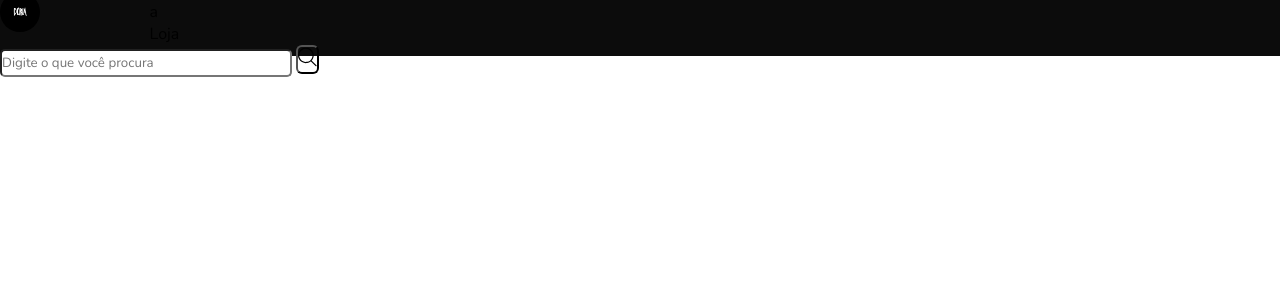
Repository: analessp/dicriastreet
Page: index.html
These files come from the project's save history. The page is drawn as it stood at one moment and after the next save; the edit follows.
The browser window is 1280 px wide. The pictures show the whole page.

Above is the page before, as saved 2025-04-17 11:36:54.

After the next save:
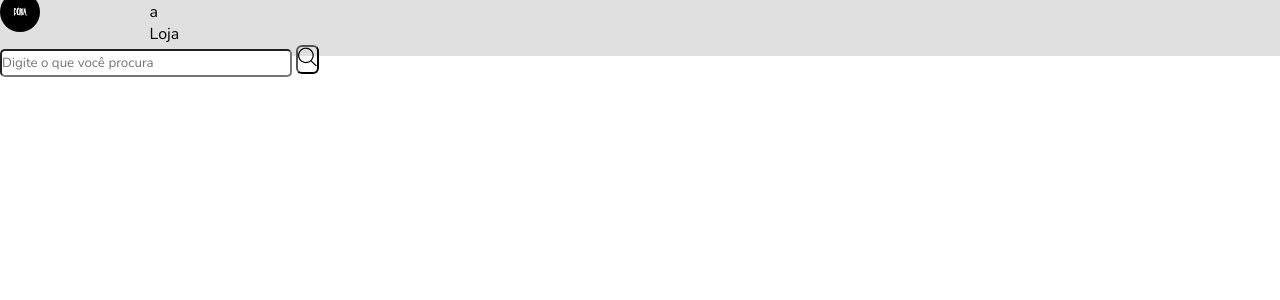
Saved 72 s later.
--- a/style.css
+++ b/style.css
@@ -2,7 +2,7 @@
     --background-color: #000000;
     --background-color: #ffffff;
     --background-color: #e0e0e0;
-    --background-color: #0c0c0c;
+    --background-color: #e0e0e0;
 }
 
 * {
